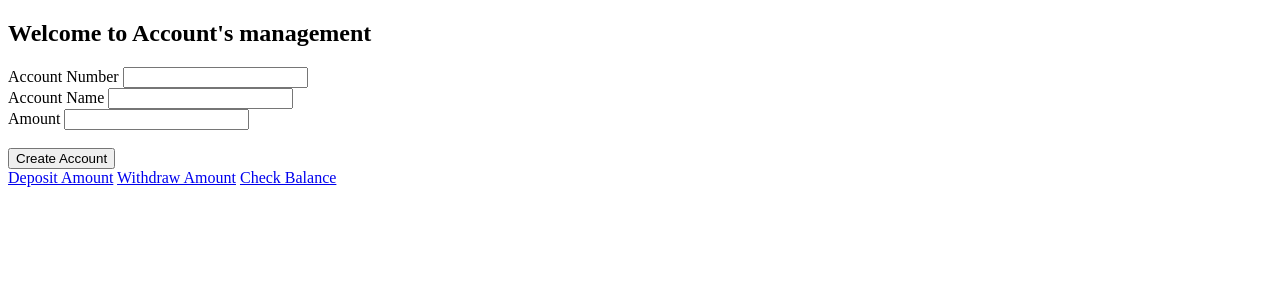
Repository: indira439/RPS_ExternalTrainingProjects
Page: http://localhost/index
The author's editor kept a copy of each file at every save. The page is drawn from the files as they stood at one save, then again after the next save.
The browser window is 1280 px wide. The pictures show the whole page.
The page is this project's Thymeleaf template; nobody is signed in. The template is opened directly, without the code that normally fills it, so the values that code supplies are empty.

Above is the page before, as saved 2024-08-26 14:31:12.

After the next save:
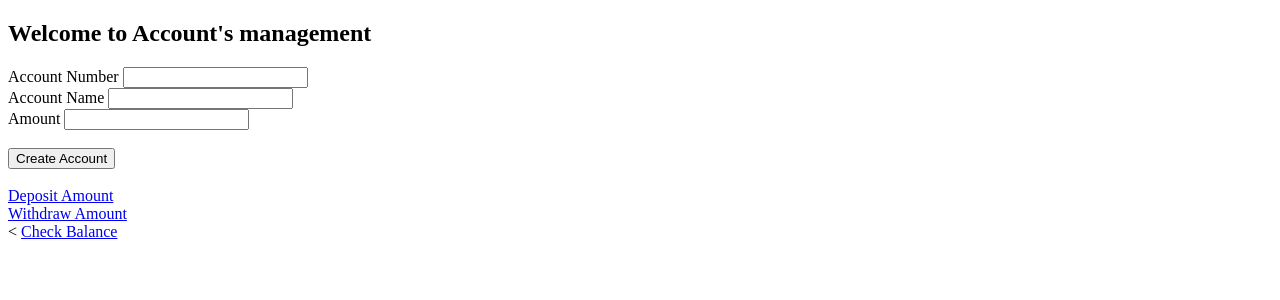
Saved 96 s later.
--- a/spring-boot-assignment/src/main/resources/templates/index.html
+++ b/spring-boot-assignment/src/main/resources/templates/index.html
@@ -16,8 +16,9 @@
 	<br/>
 	<input type="submit" value="Create Account"/><br/>
 </form>
-<a href="/deposit">Deposit Amount</a>
-<a href="/deposit">Withdraw Amount</a>
-<a href="/deposit">Check Balance</a>
+<br/>
+<a href="/deposit">Deposit Amount</a><br/>
+<a href="/deposit">Withdraw Amount</a><br/><
+<a href="/deposit">Check Balance</a><br/>
 </body>
 </html>
